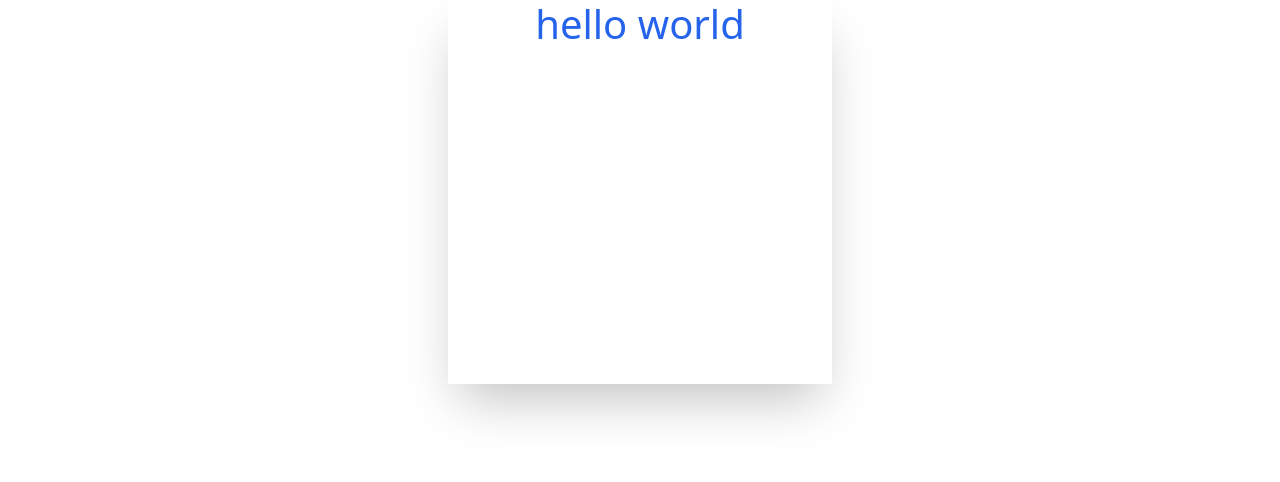
Repository: latenightsnacc/covid-19tracker
Page: design/index.html
These files come from the project's save history. The page is drawn as it stood at one moment and after the next save; the edit follows.
The browser window is 1280 px wide. The pictures show the whole page.
Some web libraries are served in a nearby version.

Above is the page before, as saved 2021-07-22 13:52:53.

### design/index.html
<!DOCTYPE html>
<html lang="en">
<head>
    <meta charset="UTF-8">
    <meta http-equiv="X-UA-Compatible" content="IE=edge">
    <meta name="viewport" content="width=device-width, initial-scale=1.0">
    <!--Tailwind Css-->
    <link href="https://unpkg.com/tailwindcss@^2/dist/tailwind.min.css" rel="stylesheet">
    <!--Bootstrap CSS-->
    <link href="https://cdn.jsdelivr.net/npm/bootstrap@5.0.0-beta3/dist/css/bootstrap.min.css" rel="stylesheet" integrity="sha384-eOJMYsd53ii+scO/bJGFsiCZc+5NDVN2yr8+0RDqr0Ql0h+rP48ckxlpbzKgwra6" crossorigin="anonymous">
    <!--Font Awesome 5 CDN-->
    <link href="https://cdnjs.cloudflare.com/ajax/libs/font-awesome/5.13.0/css/all.min.css" rel="stylesheet">
    <title>COVID-19 Tracker</title>
</head>
<body>
    <main>
        <div class="w-96 m-auto shadow-2xl bg-white h-96 text-center">
            <h1 class="text-blue-600">hello world</h1>
        </div>
    </main>
</body>
</html>

After the next save:
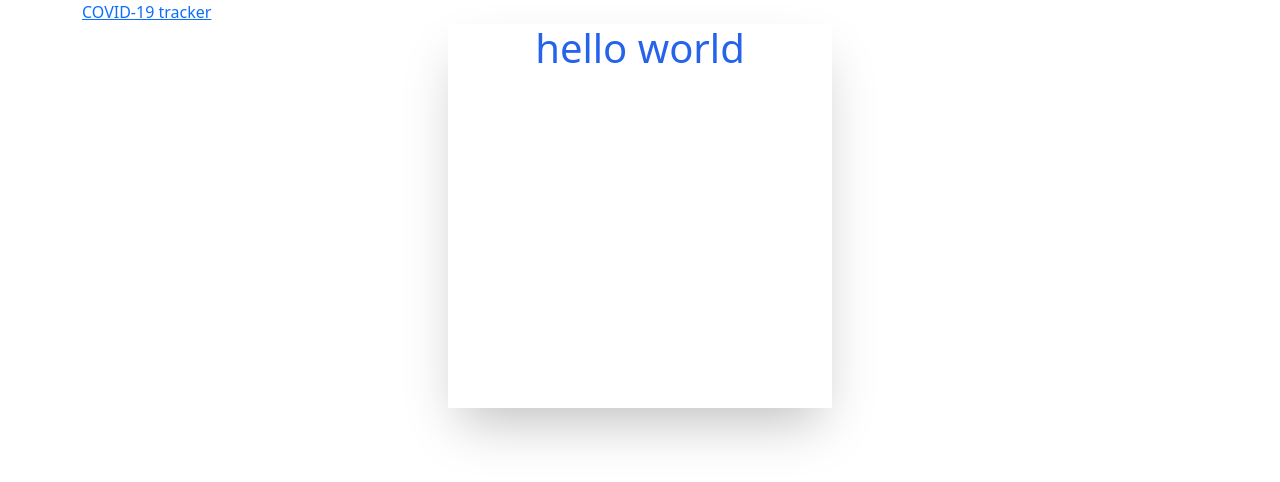
Saved 22 min 45 s later.
--- a/design/index.html
+++ b/design/index.html
@@ -14,6 +14,12 @@
 </head>
 <body>
     <main>
+        <!--Navigation Component-->
+        <nav class="container">
+            <a href="index.html">
+                <div>COVID-19 tracker</div>
+            </a>
+        </nav>
         <div class="w-96 m-auto shadow-2xl bg-white h-96 text-center">
             <h1 class="text-blue-600">hello world</h1>
         </div>
